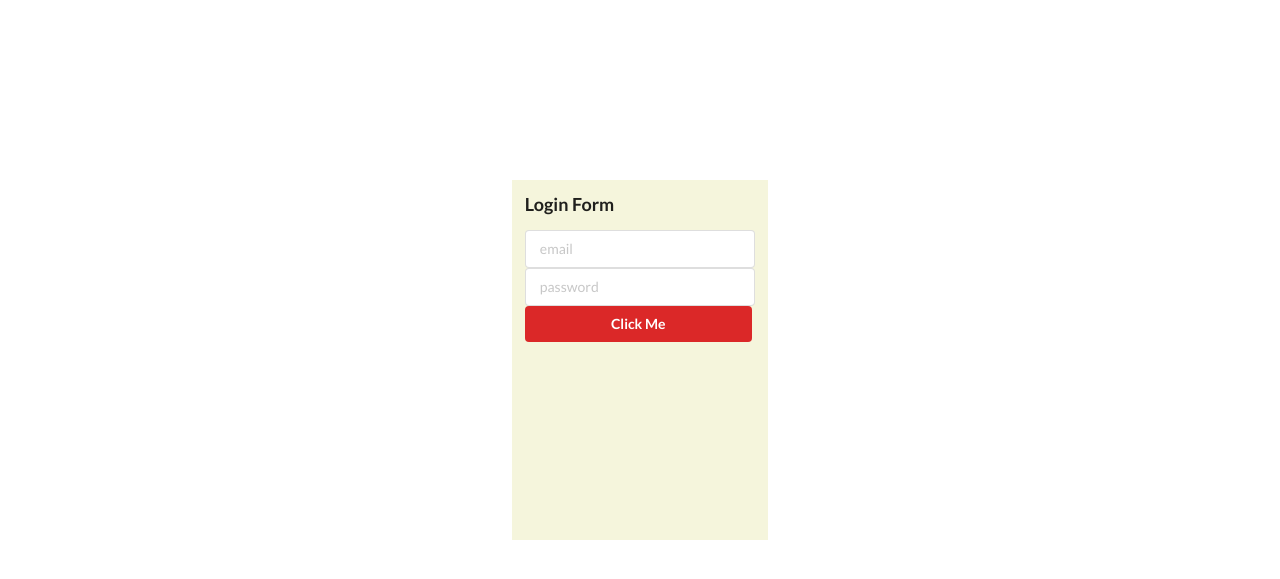
Repository: anagarango/dai-week4-assignment
Page: / (app in dai_web_ex/)
The author's editor kept a copy of each file at every save. The page is drawn from the files as they stood at one save, then again after the next save.
The browser window is 1280 px wide. The pictures show the whole page.
The project was rebuilt for these pictures with package versions that can differ from the ones it lists, and the page was loaded fresh each time. The framework's server and built-in components were replaced by stand-ins that run in the browser. Also part of the build but not shown: dai_web_ex/next.config.js.

Above is the page before, as saved 2022-09-26 16:23:37.

After the next save:
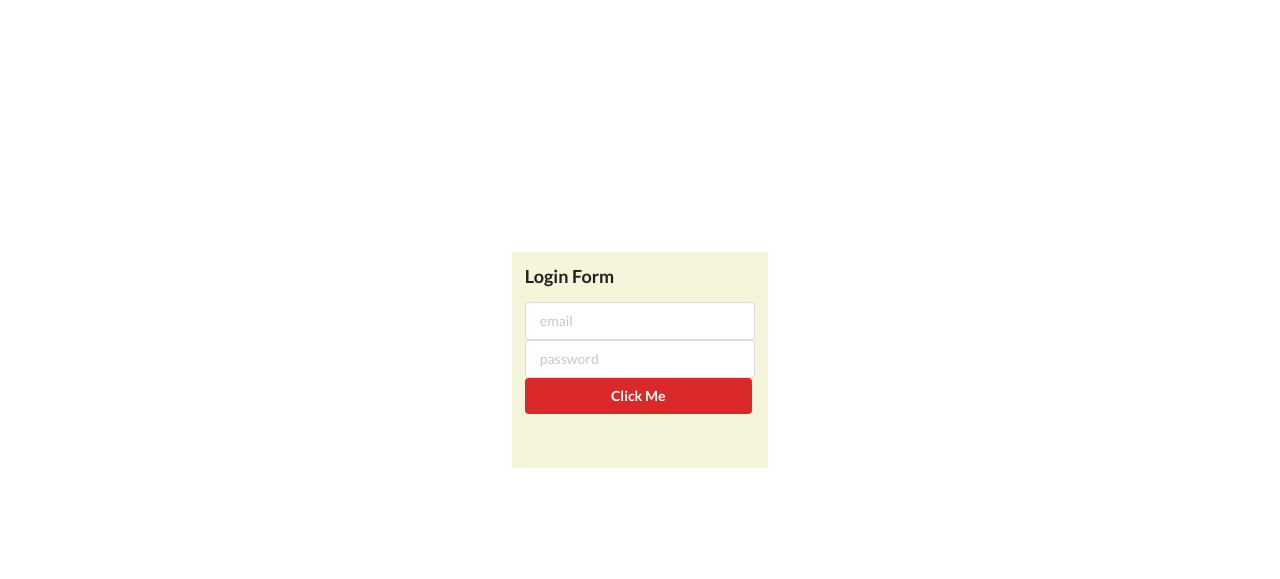
Saved 4 s later.
--- a/dai_web_ex/comps/loginform/index.js
+++ b/dai_web_ex/comps/loginform/index.js
@@ -8,7 +8,7 @@ export default function LoginForm({
 
   const Box = styled.div`
     width: 20%;
-    height: 50%;
+    height: 30%;
     background-color: beige;
     display:flex;
     flex-direction: column;
